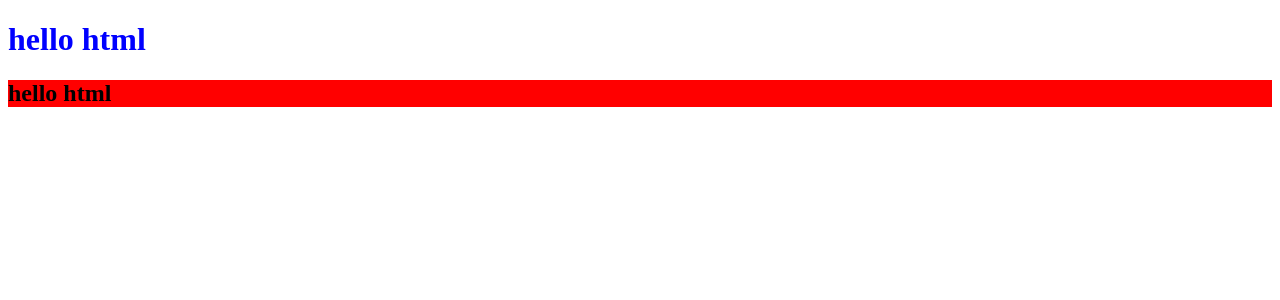
Repository: xsa1113/posco_ict
Page: html/TestSample/WebContent/index1.html
The author's editor kept a copy of each file at every save. The page is drawn from the files as they stood at one save, then again after the next save.
The browser window is 1280 px wide. The pictures show the whole page.

Above is the page before, as saved 2022-05-04 07:15:55.

After the next save:
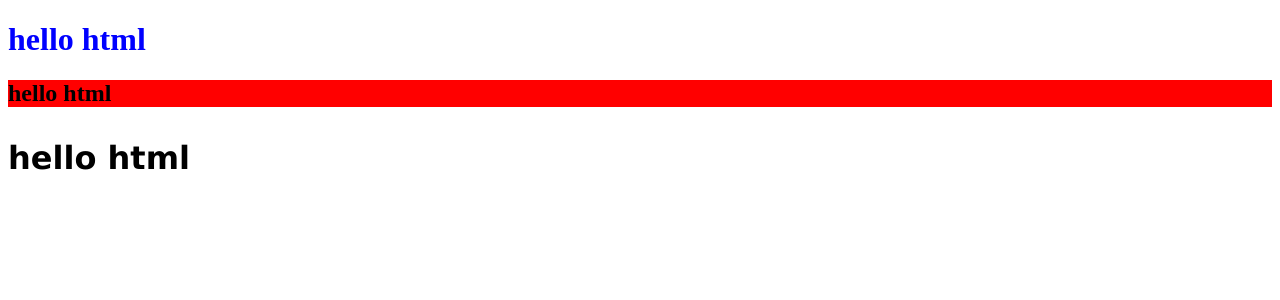
Saved 2 min 47 s later.
--- a/html/TestSample/WebContent/index1.html
+++ b/html/TestSample/WebContent/index1.html
@@ -17,5 +17,7 @@
 
  <h2 style="background-color: #FF0000">hello html</h2>
 
+ <h3 style="font-family : verdana; font-size:200%">hello html </h3>
+
 </body>
 </html>
